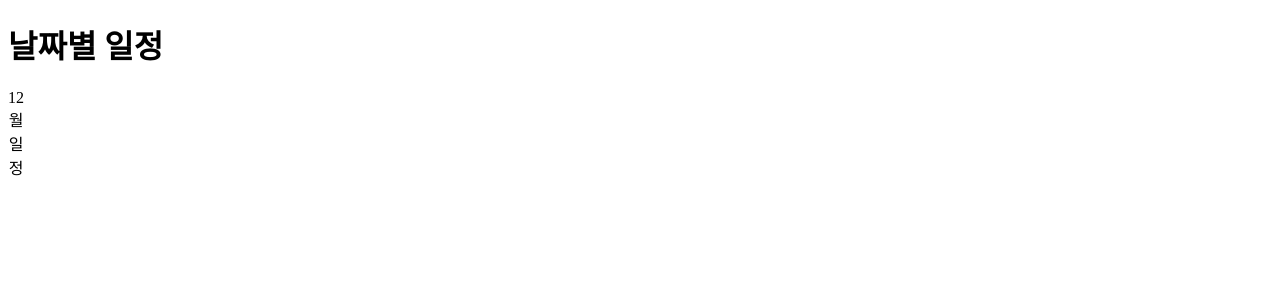
Repository: ybshim90/sesac1
Page: day_20211216_03_hello/src/main/webapp/calendar.html
The author's editor kept a copy of each file at every save. The page is drawn from the files as they stood at one save, then again after the next save.
The browser window is 1280 px wide. The pictures show the whole page.

Above is the page before, as saved 2021-12-16 08:18:15.

### day_20211216_03_hello/src/main/webapp/calendar.html
<!DOCTYPE html>
<html>
	<head>
		<meta charset="UTF-8">
		<title>날짜별 일정</title>
	</head>
	<body>
		<h1>날짜별 일정</h1>

		<table>
			<caption>
				12월 일정
			</caption>
		</table>
	</body>
</html>

After the next save:
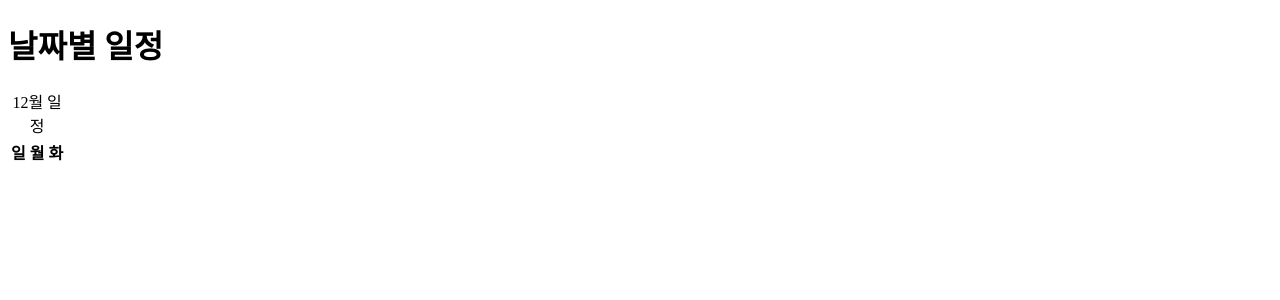
Saved 2 min 23 s later.
--- a/day_20211216_03_hello/src/main/webapp/calendar.html
+++ b/day_20211216_03_hello/src/main/webapp/calendar.html
@@ -11,6 +11,11 @@
 			<caption>
 				12월 일정
 			</caption>
+			<tr>
+				<th>일</th>
+				<th>월</th>
+				<th>화</th>
+			</tr>
 		</table>
 	</body>
 </html>
